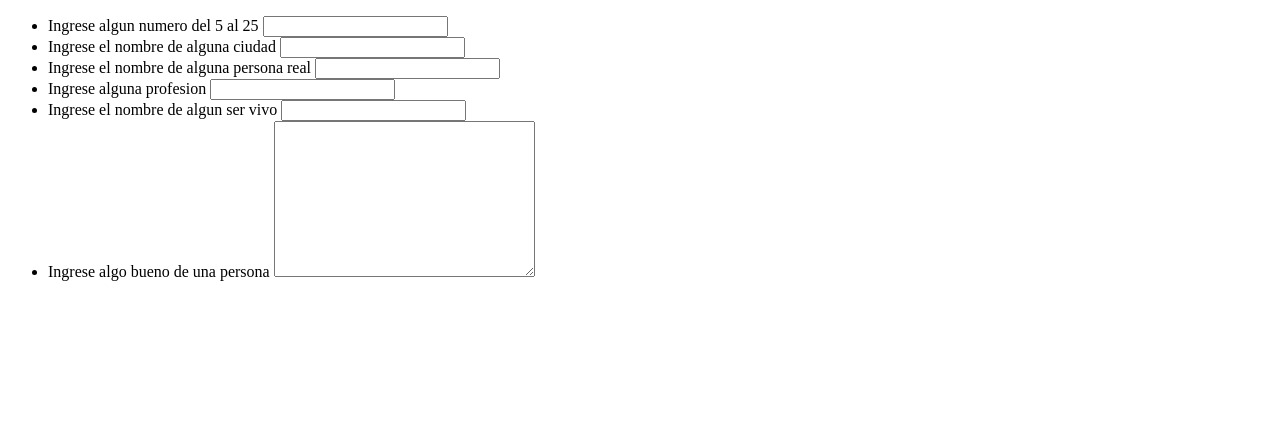
Repository: fanoneytor/condingDojo-JavaSpring
Page: http://localhost/Omikuji/WEB-INF/index.jsp
An editor plug-in stored every save of this project. The page is shown before and after the next save, followed by the edit.
The browser window is 1280 px wide. The pictures show the whole page.
The page is served by Tomcat 9. Nobody is signed in. Other server files are loaded and not shown. The template is opened directly, without the code that normally fills it, so the values that code supplies are empty.

Above is the page before, as saved 2023-03-12 17:16:42.

### workspace/Omikuji/src/main/webapp/WEB-INF/index.jsp
<%@ page language="java" contentType="text/html; charset=UTF-8"
    pageEncoding="UTF-8"%>
<%@ taglib prefix = "c" uri = "http://java.sun.com/jsp/jstl/core" %>
<!DOCTYPE html>
<html>
<head>
<meta charset="UTF-8">
<title>Omikuji</title>
</head>
<body>
	<div class="container">
		<form action="">
			<ul>
				<li>
					<label for="numero">Ingrese algun numero del 5 al 25</label>
					<input type="number" />
				</li>
				<li>
					<label for="nombreCiudad">Ingrese el nombre de alguna ciudad</label>
					<input type="text" />
				</li>
				<li>
					<label for="nombre">Ingrese el nombre de alguna persona real</label>
					<input type="text" />
				</li>
				<li>
					<label for="profesion">Ingrese alguna profesion</label>
					<input type="text" />
				</li>
				<li>
					<label for="serVivo">Ingrese el nombre de algun ser vivo</label>
					<input type="text" />
				</li>
				<li>
					<label for="algoBueno">Ingrese algo bueno de una persona</label>
					<textarea name="algoBueno" id="algoBueno" cols="30" rows="10"></textarea>
				</li>
			</ul>

		</form>
	</div>

</body>
</html>

After the next save:
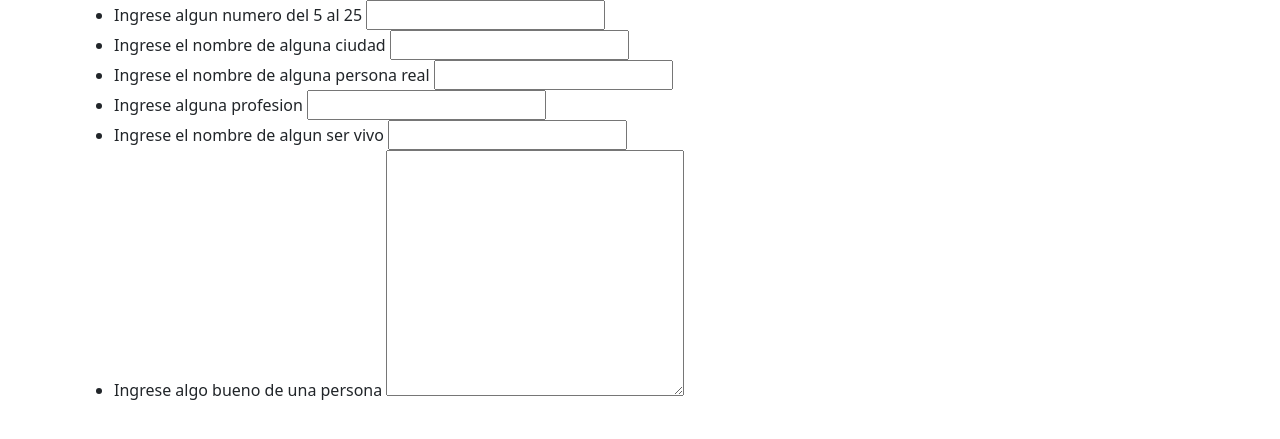
Saved 97 s later.
--- a/workspace/Omikuji/src/main/webapp/WEB-INF/index.jsp
+++ b/workspace/Omikuji/src/main/webapp/WEB-INF/index.jsp
@@ -6,6 +6,7 @@
 <head>
 <meta charset="UTF-8">
 <title>Omikuji</title>
+<link href="https://cdn.jsdelivr.net/npm/bootstrap@5.0.2/dist/css/bootstrap.min.css" rel="stylesheet" integrity="sha384-EVSTQN3/azprG1Anm3QDgpJLIm9Nao0Yz1ztcQTwFspd3yD65VohhpuuCOmLASjC" crossorigin="anonymous">
 </head>
 <body>
 	<div class="container">
